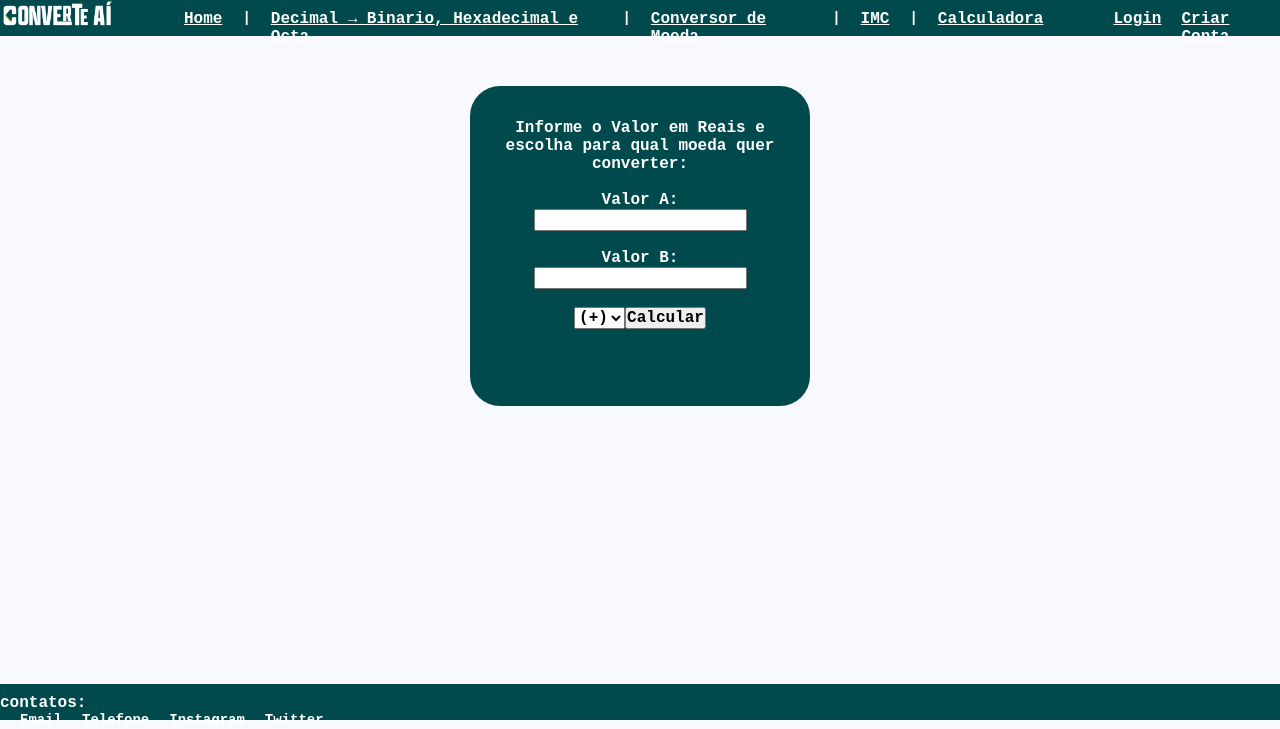
Repository: Frav1u/converteai
Page: ConverteAi/src/main/webapp/conversordemoeda.html
These files come from the project's save history. The page is drawn as it stood at one moment and after the next save; the edit follows.
The browser window is 1280 px wide. The pictures show the whole page.
Some web fonts or font styles are not loaded; a fallback is used.

Above is the page before, as saved 2023-10-04 04:17:46.

After the next save:
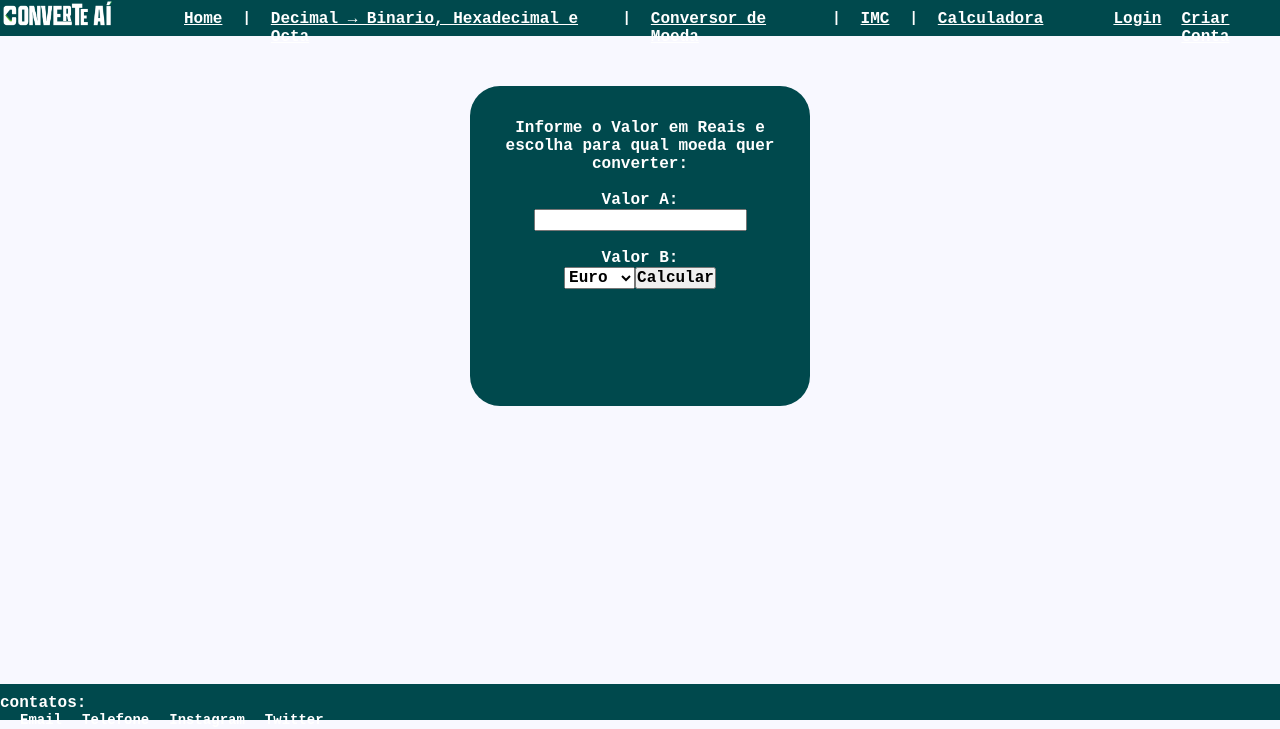
Saved 26 s later.
--- a/ConverteAi/src/main/webapp/conversordemoeda.html
+++ b/ConverteAi/src/main/webapp/conversordemoeda.html
@@ -38,11 +38,10 @@
         <input type="text" name="ValorA"><br>
         <br>
         <label>Valor B: </label>
-        <input type="text" name="ValorB"><br>
         <br>
     <select name = "opcao"> <br>
-    <option value = "Euro">(+)</option>
-    <option value = "Dolar">(-)</option>
+    <option value = "Euro">Euro</option>
+    <option value = "Dolar">Dolar</option>
 
         </select><input type="Submit" value="Calcular">
     </form>
